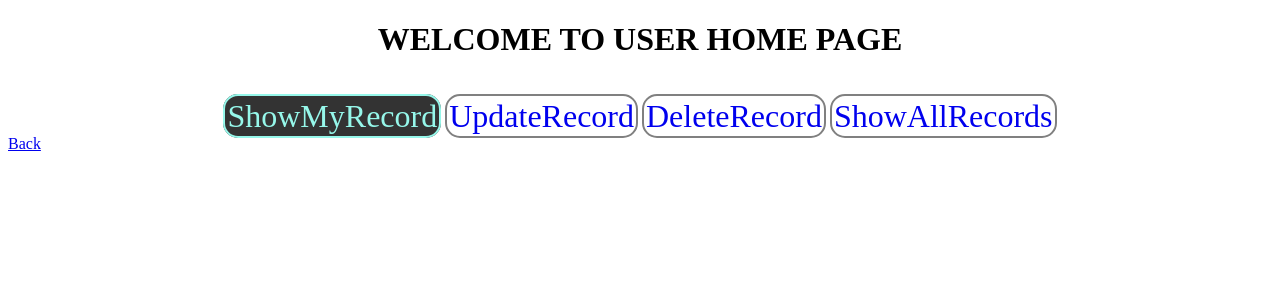
Repository: gajanansp07/Advance_Java_Practice
Page: http://localhost/JDBCCURD/UserHome.jsp
An editor plug-in stored every save of this project. The page is shown before and after the next save, followed by the edit.
The browser window is 1280 px wide. The pictures show the whole page.
The pointer rests on the first visible `a.uhome`.
The page is served by Tomcat 9.

Above is the page before, as saved 2022-03-18 10:22:28.

### JDBCCURD/src/main/webapp/UserHome.jsp
<%@ page language="java" contentType="text/html; charset=ISO-8859-1"
    pageEncoding="ISO-8859-1"%>
<!DOCTYPE html>
<html>
<head>
<meta charset="ISO-8859-1">
<title>Insert title here</title>
<style type="text/css">
div#sub-menu {
    text-align: center;
}
a.uhome {
    font-size: 2em;
    border: 2px solid gray;
    padding: 2px;
    border-radius: 15px;
    text-decoration: none;
}
a.uhome:hover {
    background-color: #333333;
    color: #96f7ea;
    border: 2px solid;
}
</style>
</head>
<body>
	<h1 align="center">WELCOME TO USER HOME PAGE</h1>
	<br>
	<div id="sub-menu">
	<a href="ShowMyRecord.jsp" class="uhome"  target="iframe_home">ShowMyRecord</a>
	<a href="UpdateRecord.jsp" class="uhome"  target="iframe_home">UpdateRecord</a>
	<a href="DeleteRecord.jsp" class="uhome" target="iframe_home">DeleteRecord</a>
	<a href="ShowAllEMployee.jsp" class="uhome" target="iframe_home">ShowAllRecords</a>
	</div>
	<a href="Home.jsp" target="_parent">Back</a>
</body>
</html>

After the next save:
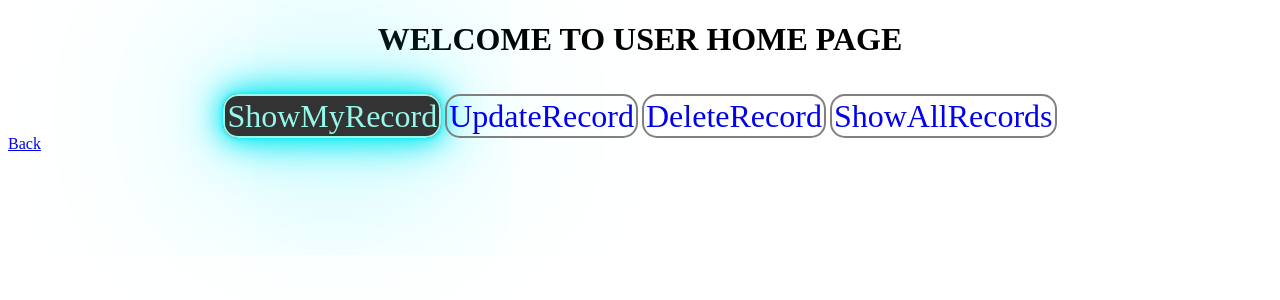
Saved 10 min 21 s later.
--- a/JDBCCURD/src/main/webapp/UserHome.jsp
+++ b/JDBCCURD/src/main/webapp/UserHome.jsp
@@ -20,6 +20,7 @@ a.uhome:hover {
     background-color: #333333;
     color: #96f7ea;
     border: 2px solid;
+	box-shadow: 0 0 5px #03e9f4, 0 0 25px #03e9f4, 0 0 50px #03e9f4, 0 0 200px #03e9f4;
 }
 </style>
 </head>
